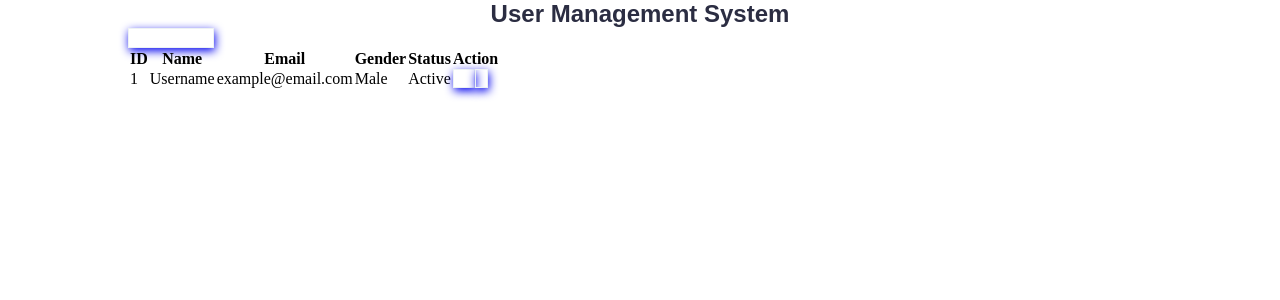
Repository: neeteshraj/CRUD
Page: views/index.html
The author's editor kept a copy of each file at every save. The page is drawn from the files as they stood at one save, then again after the next save.
The browser window is 1280 px wide. The pictures show the whole page.
Some web fonts or font styles are not loaded; a fallback is used.

Above is the page before, as saved 2021-01-08 19:02:18.

After the next save:
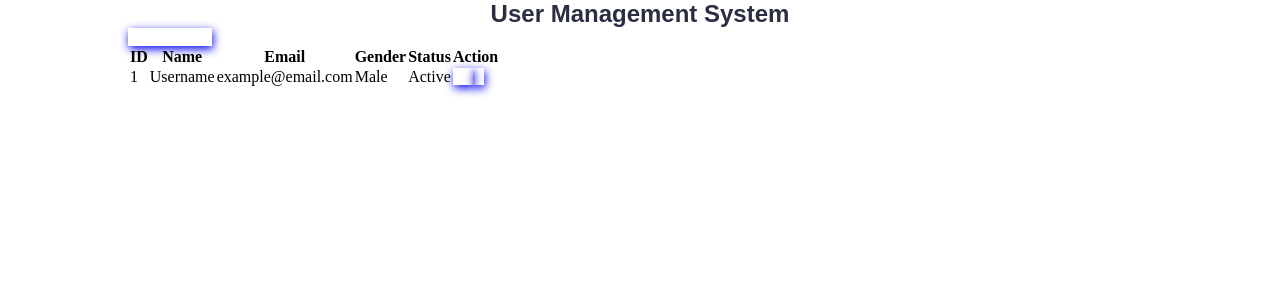
Saved 3 min 52 s later.
--- a/assets/css/style.css
+++ b/assets/css/style.css
@@ -41,7 +41,7 @@
 }
 
 .border-shadow {
-    border: 1px solid var(--border-btn);
+    border: 1px solid va(--border-btn);
     box-shadow: 1px 3px 10px;
 }
 

After the save that followed:
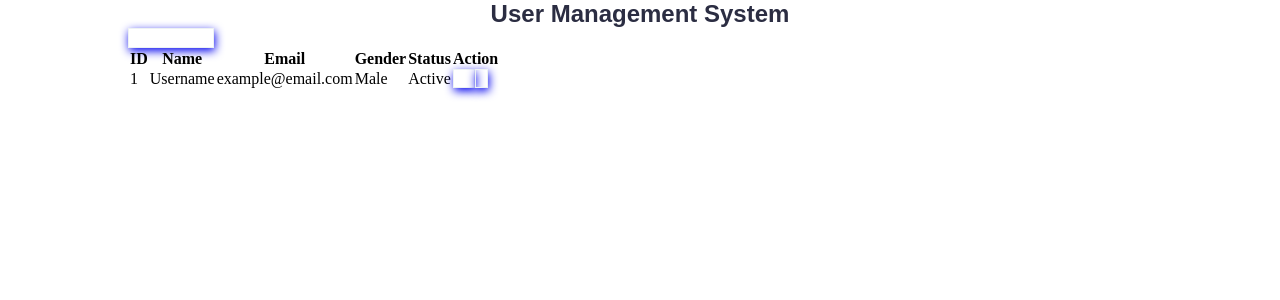
Saved 4 s later.
--- a/assets/css/style.css
+++ b/assets/css/style.css
@@ -41,7 +41,7 @@
 }
 
 .border-shadow {
-    border: 1px solid va(--border-btn);
+    border: 1px solid var(--border-btn);
     box-shadow: 1px 3px 10px;
 }
 
